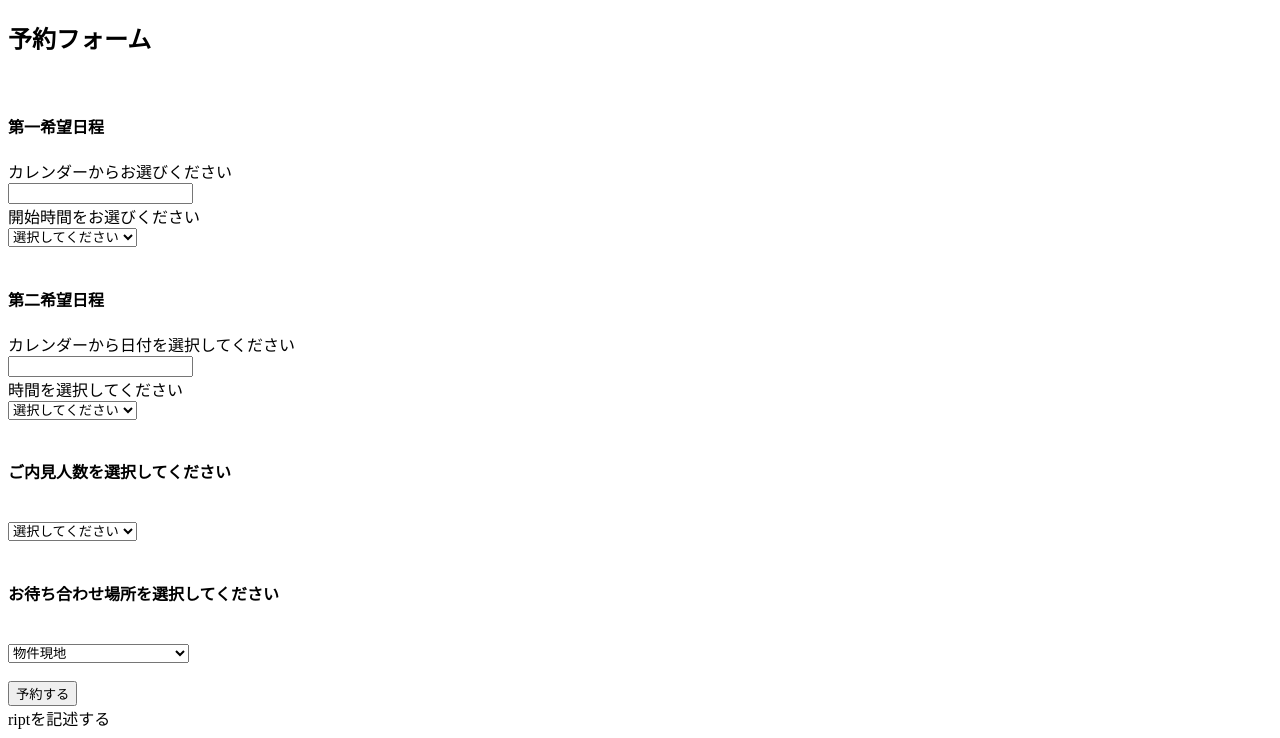
Repository: tuwen0803/contactform
Page: reservation.html
The author's editor kept a record of every edit. The page is drawn from the files as they stood at one moment, then again after the next edit.
The browser window is 1280 px wide. The pictures show the whole page.
Some web libraries are served in a nearby version.

Above is the page before.

### reservation.html
<!DOCTYPE html>
<html lang="ja">
  <head>
    <meta charset="utf-8">
    <!-- jQuery -->
    <script src="https://code.jquery.com/jquery-3.5.1.min.js"></script>
    <!-- jQuery UI -->
    <script src="https://ajax.googleapis.com/ajax/libs/jqueryui/1.12.1/jquery-ui.min.js"></script>
    <link rel="stylesheet" href="https://ajax.googleapis.com/ajax/libs/jqueryui/1.12.1/themes/smoothness/jquery-ui.css">
    <script src="https://ajax.googleapis.com/ajax/libs/jqueryui/1/i18n/jquery.ui.datepicker-ja.min.js"></script>

  <body>


    <script>
      //ここにJavaSc<script src="http://ajax.googleapis.com/ajax/libs/jquery/1/jquery.min.js"></script>
<script src="http://ajax.googleapis.com/ajax/libs/jqueryui/1/jquery-ui.min.js"></script>
<link rel="stylesheet" href="http://ajax.googleapis.com/ajax/libs/jqueryui/1/themes/flick/jquery-ui.css">
<h2>予約フォーム</h2><br>
<form method="POST" action="">
  <h4>第一希望日程</h4>
  カレンダーからお選びください<br>
  <input type="text" class="calender"><div id="datepicker"></div>
  開始時間をお選びください<br>
	<select name="time">
	<option value=""> 選択してください</option>
	<option value="">10:00開始</option>
	<option value="">11:00開始</option>
	<option value="">12:00開始</option>
	<option value="">13:00開始</option>
	<option value="">14:00開始</option>
	<option value="">15:00開始</option>
	<option value="">16:00開始</option>
	<option value="">17:00開始</option>
	</select><br><br>
	 <h4>第二希望日程</h4>
	 カレンダーから日付を選択してください<br>
 <input type="text" class="calender"><div id="datepicker"></div>
   時間を選択してください<br>
	<select name="time">
	<option value=""> 選択してください</option>
	<option value="">10:00開始</option>
	<option value="">11:00開始</option>
	<option value="">12:00開始</option>
	<option value="">13:00開始</option>
	<option value="">14:00開始</option>
	<option value="">15:00開始</option>
	<option value="">16:00開始</option>
	<option value="">17:00開始</option>
	</select><br><br>

<h4>ご内見人数を選択してください</h4><br>
	<select name="persons">
	<option value=""> 選択してください</option>
	<option value="">1名様</option>
	<option value="">2名様</option>
	<option value="">3名様</option>
	<option value="">4名様以上</option>
	</select><br><br>

<h4>お待ち合わせ場所を選択してください</h4><br>
 	<select name="place">
  <option value="">物件現地</option>
  <option value="">弊社（港区白金台3-15-2）</option>

	</select>
	<br><br>
	<input type="submit" value="予約する" class="submit">
</form>

<script>
$(function() {
  $('.calender').datepicker({
    duration: 500,  // 指定ミリ秒の時間をかける
    showAnim: 'slideDown', // スライドダウンで表示する
  });
});


/*$(function() {
	var dateFormat = 'yy年mm月dd日';
    $("#datepicker").datepicker({
        dateFormat: dateFormat,
        minDate: 0,
        onSelect: function(dateText, inst) {
                    $("#date_val").val(dateText);
        }
    });
});*/
</script>riptを記述する
    </script>

  </body>
</html>

After the next edit:
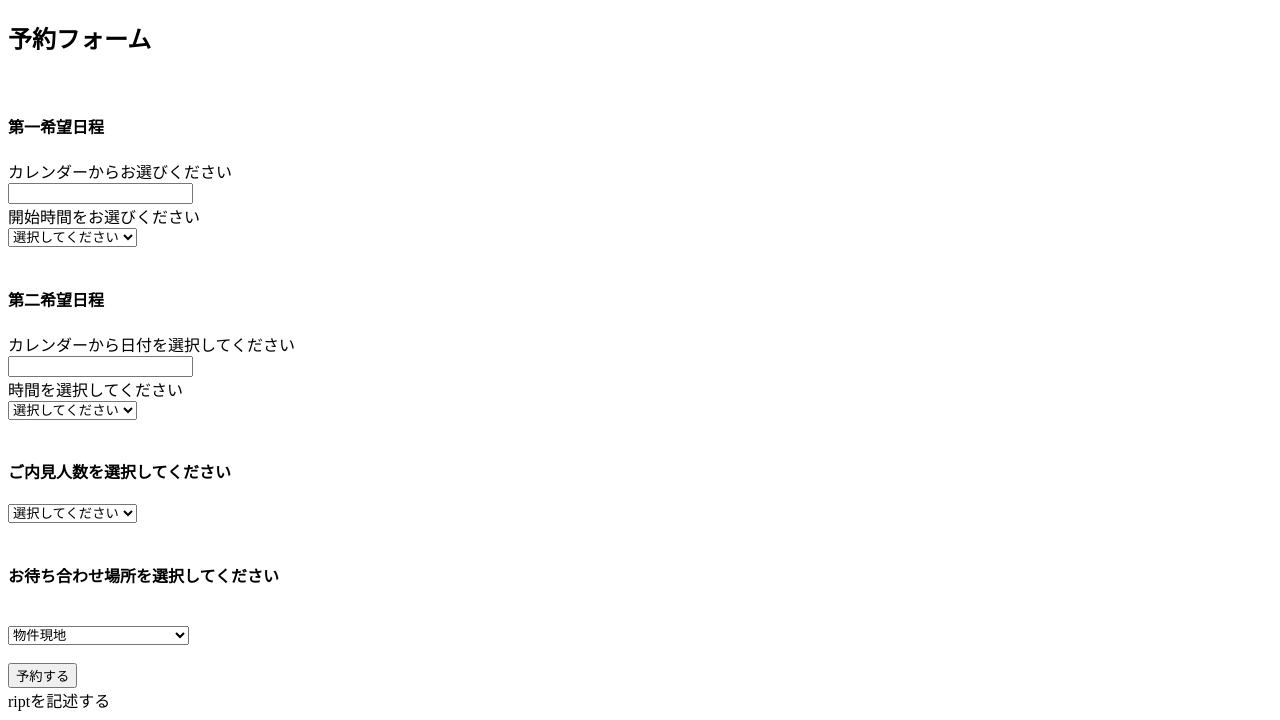
The edit:
--- a/reservation.html
+++ b/reservation.html
@@ -49,7 +49,7 @@
 	<option value="">17:00開始</option>
 	</select><br><br>
 
-<h4>ご内見人数を選択してください</h4><br>
+<h4>ご内見人数を選択してください</h4>
 	<select name="persons">
 	<option value=""> 選択してください</option>
 	<option value="">1名様</option>
